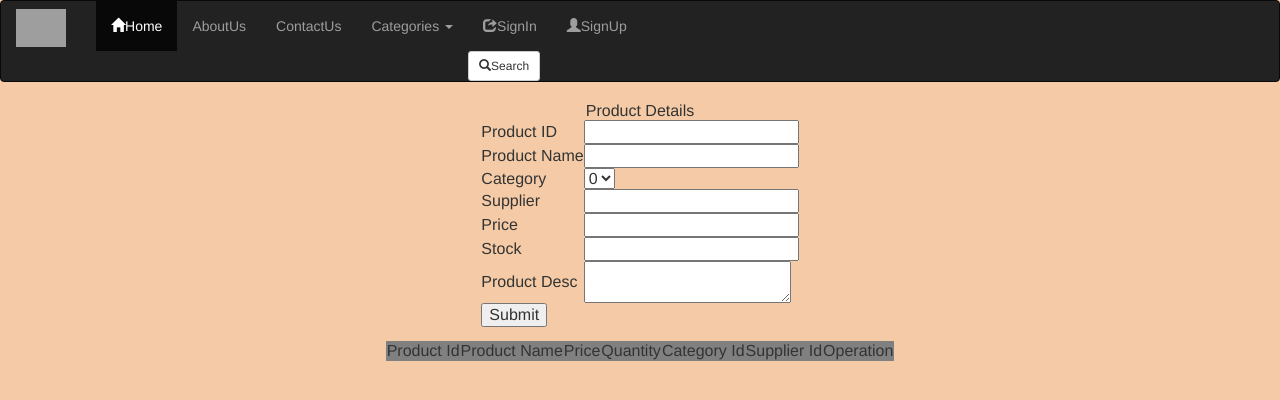
Repository: ananthi024/Java-Programs
Page: http://localhost/ClassyMissyFrontend/WEB-INF/views/Product.jsp
These files come from the project's save history. The page is drawn as it stood at one moment and after the next save; the edit follows.
The browser window is 1280 px wide. The pictures show the whole page.
Pictures or frames that could not be fetched are drawn as grey boxes. Some web libraries are served in a nearby version. The page is served by Tomcat 9. Nobody is signed in. Other server files are loaded and not shown. The template is opened directly, without the code that normally fills it, so the values that code supplies are empty.

Above is the page before, as saved 2017-06-26 06:11:49.
Console error (its wording comes from the project's code and is left out).

### MyProject-29.06.2017/ClassyMissyFrontend/src/main/webapp/WEB-INF/views/Product.jsp
<%@ page language="java" contentType="text/html"%>
 <%@ taglib uri="http://java.sun.com/jsp/jstl/core" prefix="c" %>
<%@ taglib prefix="form" uri="http://www.springframework.org/tags/form"%>
<%@include file="Header.jsp" %>

<form:form action="InsertProduct" modelAttribute="product">
<table align="center">


	<tr>
		<td colspan="2"><center>Product Details</center></td>
	</tr>
	<tr>
		<td>Product ID</td>
		<td><form:input path="prodid"/></td>
	</tr>
	<tr>
		<td>Product Name</td>
		<td><form:input path="prodname" /></td>
	</tr>
	<tr>
		<td>Category</td>
		<td><form:select path="catid">
		<form:option value="0" lable="----------Select----------"/>
		<form:options items="${catlist}" />
		</form:select>
		</td>
	</tr>
	<tr>
		<td>Supplier</td>
	<td><form:input path="supid"/></td>
	</tr>
	<tr>
	<td>Price</td>
	<td><form:input path="price"/></td>
	</tr>
	<tr>
	<td>Stock</td>
	<td><form:input path="quantity"/></td>
	</tr>
	<tr>
	<td>Product Desc</td>
	<td><form:textarea path="proddesc"/></td>
	</tr>
	<tr>
	<td><input type="submit" /></td>
	</tr>


	</table>
</form:form>

<!-- Displaying the Category data using Table -->
<table cellspacing="2" align="center" border="1">
<tr bgcolor="gray">
<td>Product Id</td>
<td>Product Name</td>
<td>Price</td>
<td>Quantity</td>
<td>Category Id</td>
<td>Supplier Id</td>
<td>Operation</td>
</tr>

<c:forEach items="${prodlist}" var="product">

<tr bgcolor="pink">
<td>${product.prodid}</td>
<td>${product.prodname}</td>
<td>${product.price}</td>
<td>${product.quantity}</td>
<td>${product.catid}</td>
<td>${product.supid}</td>

<td>
<a href="<c:url value="deleteProduct/${product.prodid}"/>">Delete</a>
<a href="<c:url value="updateProduct/${product.prodid}"/>">Update</a>
</td>
</tr>
</c:forEach>
</table>
<!--Completed Displaying Table--->

</body>
</html>

### MyProject-29.06.2017/ClassyMissyFrontend/src/main/webapp/WEB-INF/views/Header.jsp
<%@ page language="java" contentType="text/html"%>

<html>
<head>
<title>Navbar Example</title>
<meta name="viewport" content="width=device-width,initial-scale=1">
<link rel="stylesheet" href="https://maxcdn.bootstrapcdn.com/bootstrap/3.3.7/css/bootstrap.min.css">
<script src="https://maxcdn.bootstrapcdn.com/bootstrap/3.3.7/js/bootstrap.min.js"></script>
<script src="https://ajax.googleapis.com/ajax/libs/jquery/3.1.1/jquery.min.js"></script>
</head>
<body style="background-color:#f5cba7">
<form action="gh">
<!-- Starting The Navbar Code -->
<nav class="navbar navbar-inverse">
<div class="container-fluid">

<div class="navbar-header">
<a class="navbar-brand" rel="home" href="#" title="The Exprssion of Pearl">
                <img style="max-width:50px; margin-top: -7px;"
                     src="E:\New folder\cma2.jpg">
            </a>
<a class="navbar-brand" href="Home.jsp"></a>
</div>


<ul class="nav navbar-nav">
<li class="active"><a href="Home.jsp"><span class="glyphicon glyphicon-home"></span>Home</a></li>
<li><a href="AboutUs">AboutUs</a></li>
<li><a href="ContactUs.jsp">ContactUs</a></li>
 <li class="dropdown"><a href="#" class="dropdown-toggle"
 data-toggle="dropdown" role="button" aria-haspopup="true"
 aria-expanded="false">Categories <span class="caret"></span></a>
          <ul class="dropdown-menu">
            <li><a href="#">Page 1</a></li>
            <li><a href="#">Page 2</a></li>
            <li><a href="#">Page 3</a></li>
          </ul></li>
<div class="nav navbar-nav navbar-right">
<li><a href="SignIn.jsp"><span class="glyphicon glyphicon-share"></span>SignIn </a></li>
<li><a href="Register.jsp"><span class="glyphicon glyphicon-user"></span>SignUp </a></li>

<!-- Search Button -->
 <p>
        <li><button type="button" class="btn btn-default btn-sm">
          <span class="glyphicon glyphicon-search"></span>Search
        </button></li>
      </p>
</div>
</ul>
</div>
</nav>
</form>
</body>
</html>

After the next save:
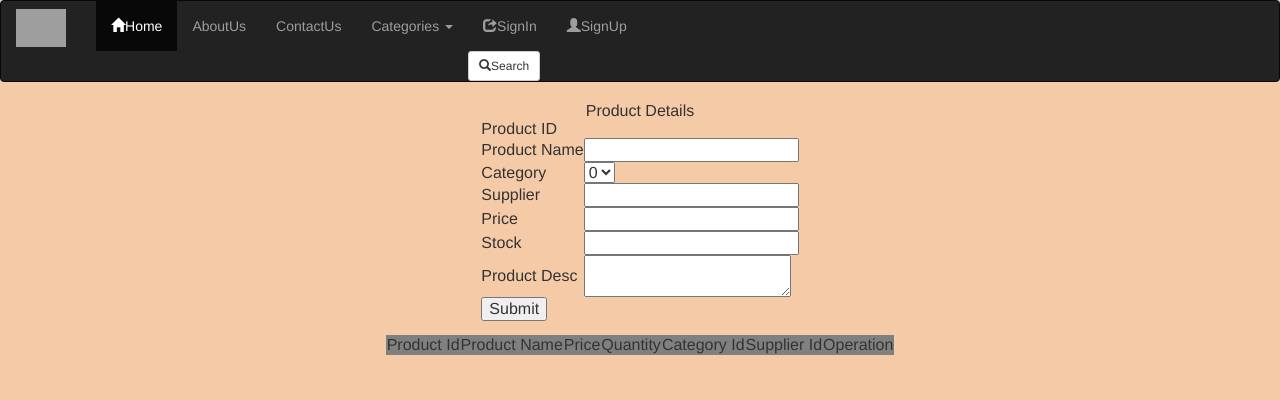
Saved 2 min 34 s later.
--- a/MyProject-29.06.2017/ClassyMissyFrontend/src/main/webapp/WEB-INF/views/Product.jsp
+++ b/MyProject-29.06.2017/ClassyMissyFrontend/src/main/webapp/WEB-INF/views/Product.jsp
@@ -12,7 +12,7 @@
 	</tr>
 	<tr>
 		<td>Product ID</td>
-		<td><form:input path="prodid"/></td>
+		<td><form:input type="hidden" path="prodid"/></td>
 	</tr>
 	<tr>
 		<td>Product Name</td>
